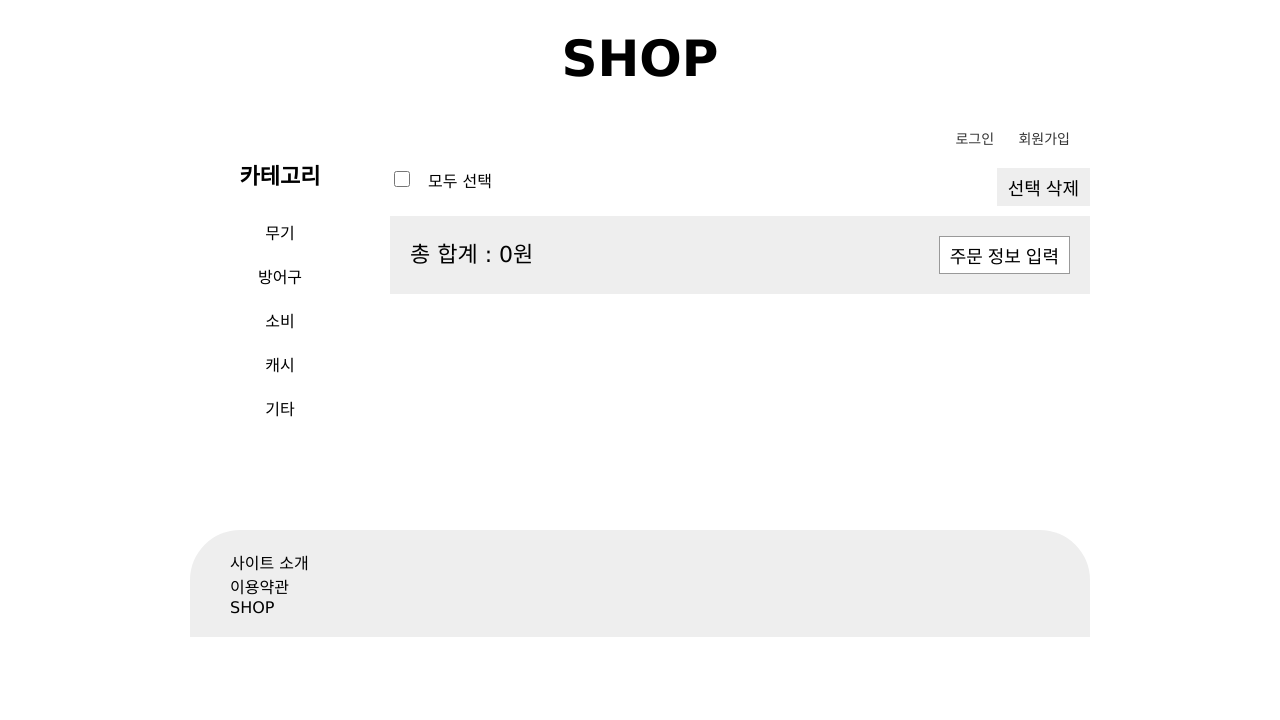
Repository: leesoonyong/shopping-mall
Page: http://localhost/shop/WEB-INF/views/shop/cartList.jsp
An editor plug-in stored every save of this project. The page is shown before and after the next save, followed by the edit.
The browser window is 1280 px wide. The pictures show the whole page.
After loading, the first visible `button.orderOpne_bnt` was clicked once.
The page is served by Tomcat 9. Nobody is signed in. The template is opened directly, without the code that normally fills it, so the values that code supplies are empty.

Above is the page before, as saved 2020-09-15 03:25:36.

After the next save:
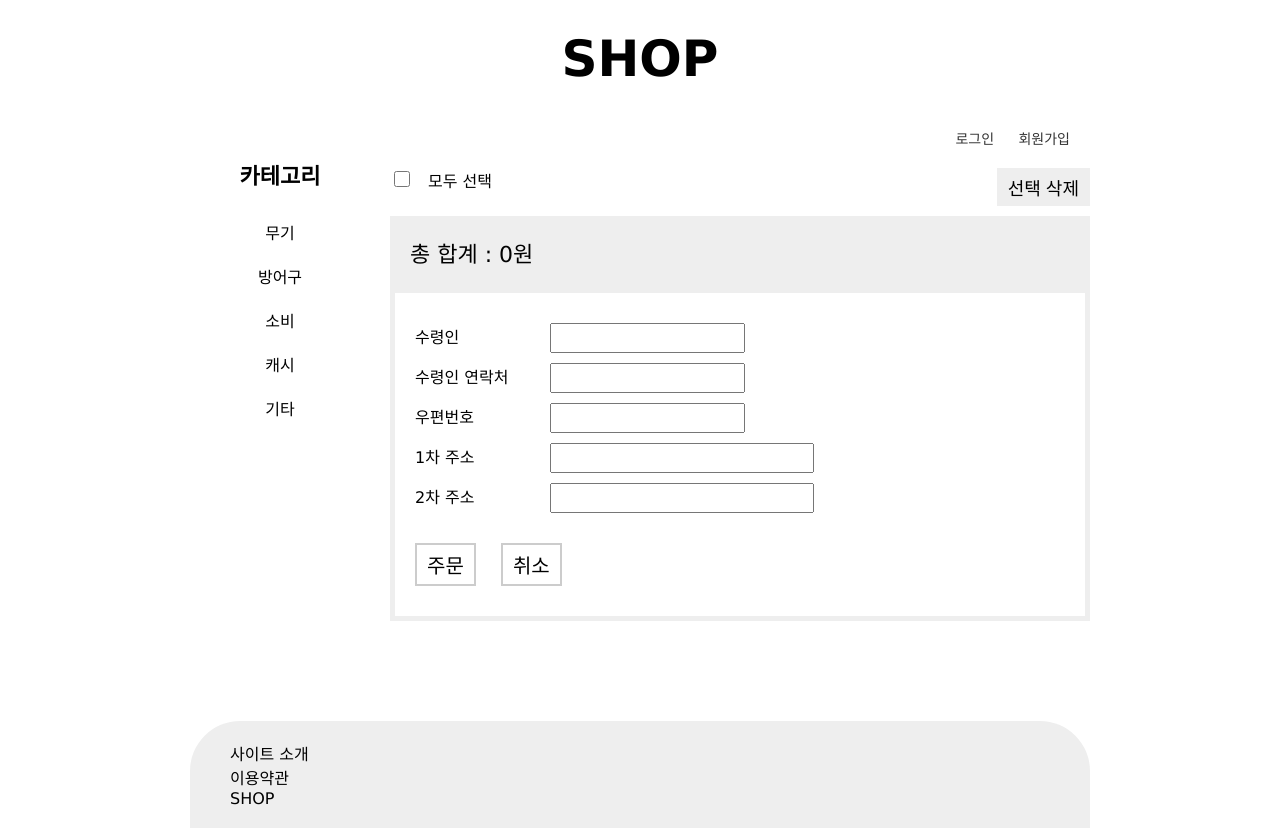
Saved 31 s later.
--- a/shop/src/main/webapp/WEB-INF/views/shop/cartList.jsp
+++ b/shop/src/main/webapp/WEB-INF/views/shop/cartList.jsp
@@ -369,7 +369,8 @@ section#content div.goodsName a {
 							<button type="button" class="orderOpne_bnt">주문 정보 입력</button>
 							<script>
 								$(".orderOpne_bnt").click(function(){
-
+									$(".orderInfo").slideDown();
+									$(".orderOpne_bnt").slideUp();
 								});
 							</script>
 						</div>
